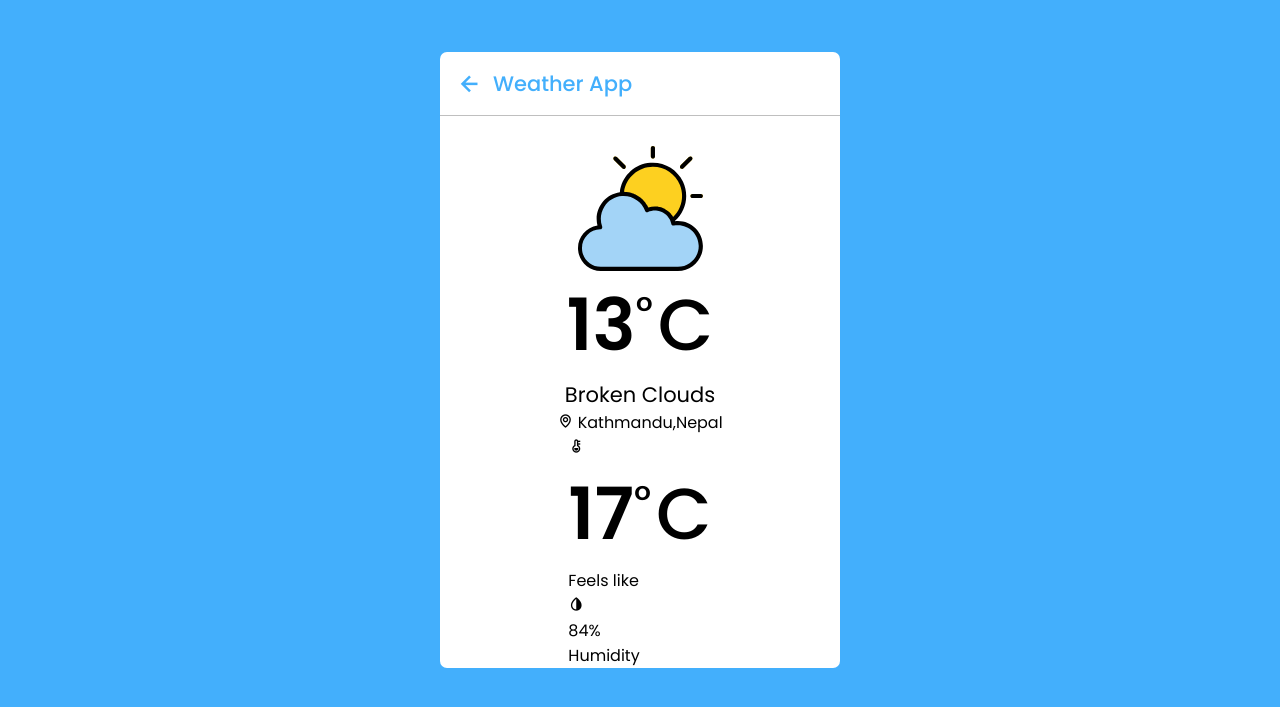
Repository: long13820/Weather-App-HTML-CSS-Javascript
Page: index.html
An editor plug-in stored every save of this project. The page is shown before and after a run of saves, followed by the edit.
The browser window is 1280 px wide. The pictures show the whole page.

Above is the page before, as saved 2021-09-02 11:28:29.

### index.html
<!DOCTYPE html>
<html lang="en">
<head>
    <meta charset="UTF-8">
    <meta http-equiv="X-UA-Compatible" content="IE=edge">
    <meta name="viewport" content="width=device-width, initial-scale=1.0">
    <title>Weather App</title>
    <link rel="stylesheet" href="style.css">

    <!--Linking Boxicon For Icon-->
    <link rel="stylesheet" href='https://unpkg.com/boxicons@2.0.9/css/boxicons.min.css' >


</head>
<body>
    <div class="wrapper">
        <header>
            <i class="bx bx-left-arrow-alt"></i>
            Weather App
        </header>
        <section class="input-part">
            <p class="info-txt pending">Please enter a valid city name</p>
            <input type="text" placeholder="Enter city name" spellcheck="false" required>
            <div class="separator"></div>
            <button>Get Device Location</button>
        </section>
        <section class="weather-part">
            <img src="/Weather Icons/cloud.svg" alt="Weather Icon">
            <div class="temp">
                <span class="numb">13</span>
                <span class="deg">°</span>C
            </div>
            <div class="weather">Broken Clouds</div>
            <div class="location">
                <i class="bx bx-map"></i>
                <span>Kathmandu,Nepal</span>
            </div>
            <div class="bottom-details">
                <div class="column feels">
                    <i class="bx bxs-thermometer"></i>
                    <div class="details">
                        <div class="temp">
                            <span class="numb">17</span>
                            <span class="deg">°</span>C
                        </div>
                        <p>Feels like</p>
                    </div>
                </div>
                <div class="column humidity">
                    <i class="bx bxs-droplet-half"></i>
                    <div class="details">
                        <span class="numb">84%</span>
                        <p>Humidity</p>
                    </div>
                </div>
            </div>
        </section>
    </div>
</body>
</html>

### style.css
/*Import Google Font - Poppins*/
@import url('https://fonts.googleapis.com/css2?family=Poppins:wght@400;500;600;700&display=swap');
*{
    margin: 0;
    padding: 0;
    box-sizing: border-box;
    font-family: 'Poppins', sans-serif;
}
body{
    display: flex;
    align-items: center;
    justify-content: center;
    min-height: 100vh;
    background: #43AFFC;
}
.wrapper{
    width: 400px;
    border-radius: 7px;
    background: white;
}
.wrapper header{
    color: #43AFFC;
    font-size: 21px;
    font-weight: 500;
    padding: 16px 15px;
    display: flex;
    align-items: center;
    border-bottom: 1px solid #bfbfbf;

}
header i{
    cursor: pointer;
    font-size: 30px;
    margin-right: 8px;
}
.wrapper .input-part{
    display: none;
    margin: 20px 25px 30px;
}
.input-part .info-txt{
    display: none;
    font-size: 17px;
    text-align: center;
    padding: 12px 7px;
    border-radius: 7px;
    margin-bottom: 15px;
}
.info-txt.error{
    display: block;
    color: #721c24;
    background: #f8d7da;
    border: 1px solid #f5c6cb;
}
.info-txt.pending{
    display: block;
    color: #0c5460;
    background: #d1ecf1;
    border: 1px solid #bee5eb;
}
.input-part :where(input, button){
    width: 100%;
    height: 55px;
    border: none;
    outline: none;
    font-size: 18px;
    border-radius: 7px;
}
.input-part input{
    text-align: center;
    border: 1px solid #bfbfbf;
}
.input-part input:is(:focus,:valid){

}
.input-part .separator{
    height: 1px;
    width: 100%;
    margin: 25px 0px;
    background: #ccc;
    display: flex;
    align-items: center;
    justify-content: center;
}
.separator::before{
    content: "or";
    background-color: white;
    font-size: 19px;
    padding: 0px 15px;
    background: #fff;
}
.input-part button{
    color: white;
    cursor: pointer;
    background: #43AFFC;
}

.wrapper .weather-part{
    margin: 30px 0 0;
    display: flex;
    align-items: center;
    justify-content: center;
    flex-direction: column;
}
.weather-part img{
    max-width: 125px;
}
.weather-part .temp{
    display: flex;
    font-size: 72px;
    font-weight: 500;
}
.weather-part .temp .numb{
    font-weight: 600;
}
.weather-part .temp .deg{
    font-size: 40px;
    margin: 10px 5px 0 0;
    display: block;
}
.weather-part .weather{
    font-size: 21px;
    text-align: center;

}

After the next 2 saves:
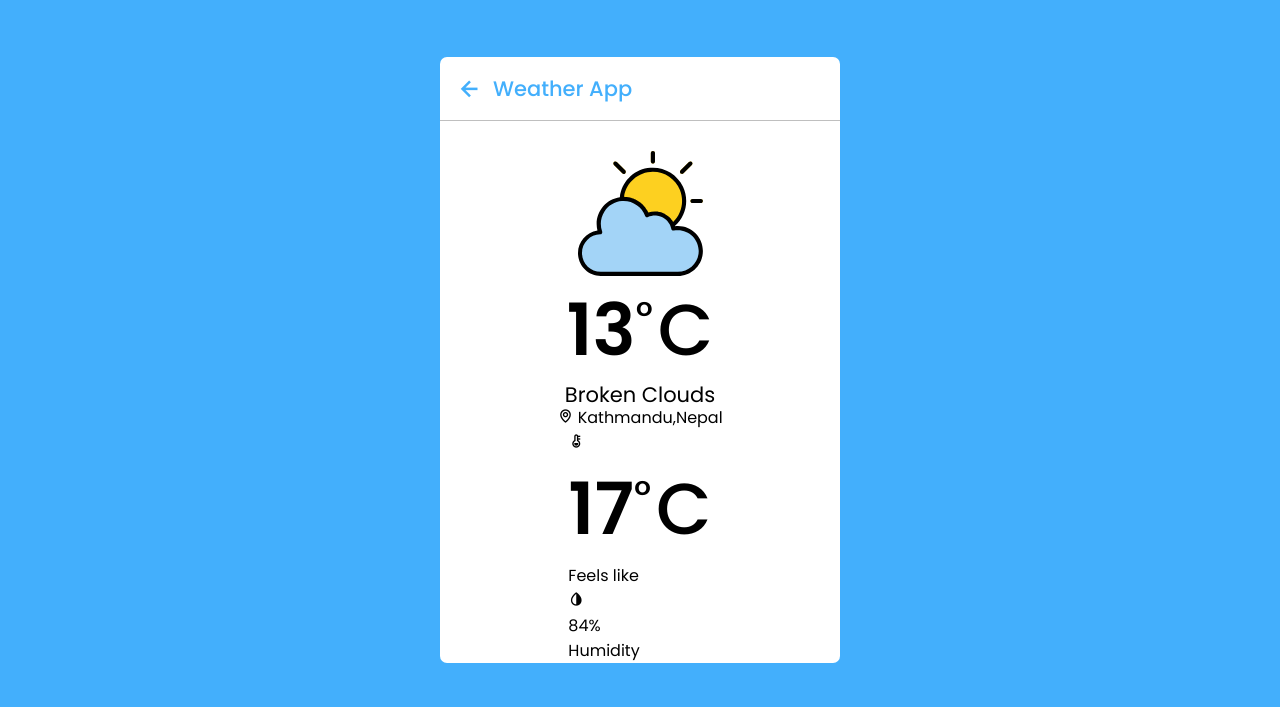
The 2 saves are shown as one change because they came seconds apart.
The last was saved 9 s later.
--- a/style.css
+++ b/style.css
@@ -120,5 +120,5 @@ header i{
 .weather-part .weather{
     font-size: 21px;
     text-align: center;
-
+    margin: -5px ;
 }
